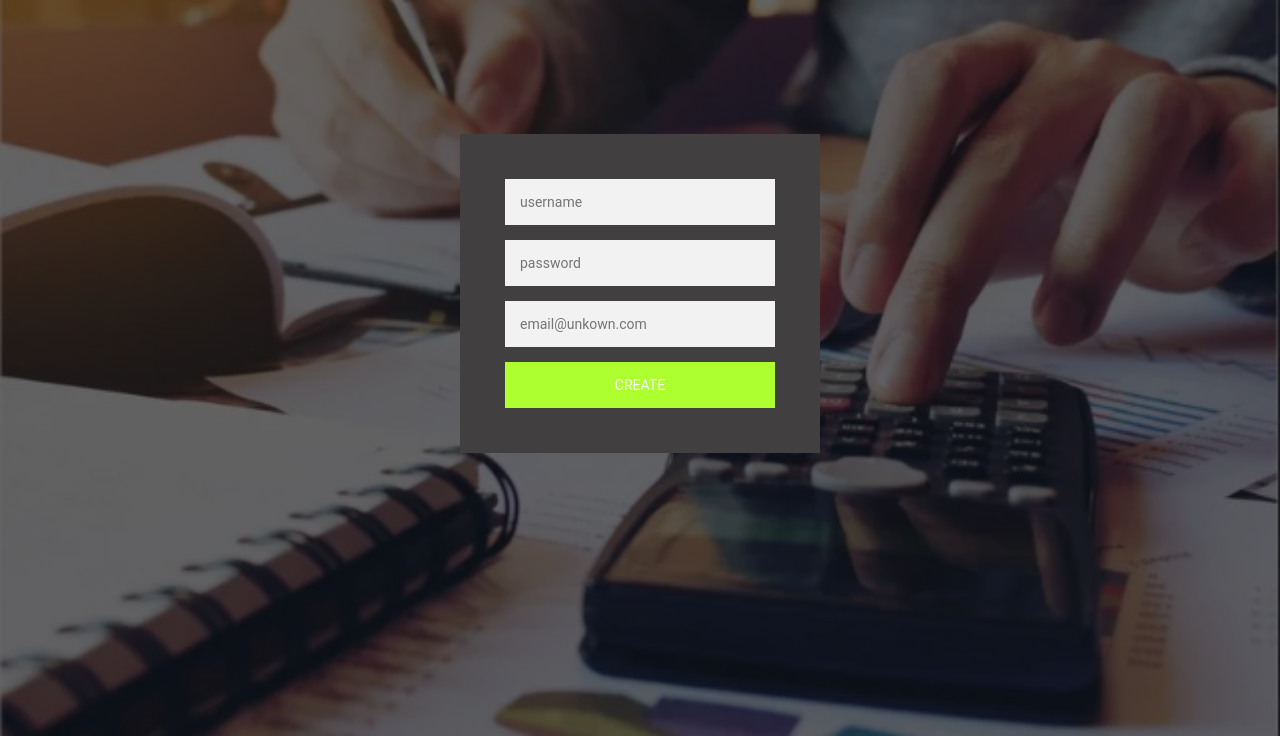
Repository: rambo1022/Project-1
Page: index.html
These files come from the project's save history. The page is drawn as it stood at one moment and after the next save; the edit follows.
The browser window is 1280 px wide. The pictures show the whole page.

Above is the page before, as saved 2019-12-01 15:34:05.

### index.html
<!DOCTYPE html>
<html lang="en">
<head>
  <meta charset="UTF-8">
  <meta name="viewport" content="width=device-width, initial-scale=1.0">
  <meta http-equiv="X-UA-Compatible" content="ie=edge">
  <title>Prime Trade || Login/SignUp</title>
  <link rel="stylesheet" href="../Project-1/Sign-Up/signup.css">

</head>

<body>

  <div class="login-page">
  <div class="form">
    <form class="register-form">
    <input type="text" placeholder="username"/>
    <input type="text" placeholder="password"/>
    <input type="text" placeholder="email@unkown.com"/>
    <button>Create</button>

    </form>
  </div>
  </div>






</body>

</html>

### Sign-Up/signup.css
body {
    background-image: linear-gradient(rgba(0,0,0,0.6),rgba(0,0,0,0.6)),url(../Sign-Up/images/finance.png);
    height: 100vh;
    background-size: cover;
    background-position: center;


}

.login-page {
    width: 360px;
    padding: 10% 0 0;
    margin: auto;


}

.form {
    position: relative;
    z-index: 1;
    background: #413f3f;
    max-width: 360px;
    margin: 0 auto 100px;
    padding: 45px;
    text-align: center;

}

.form input {
    font-family: "Roboto", sans-serif;
    outline: 1;
    background: #f2f2f2;
    width: 100%;
    border: 0;
    margin: 0 0 15px;
    padding: 15px 15px;
    box-sizing: border-box;
    font-size: 14px;
}

.form button {
    font-family: "Roboto", sans-serif;
    text-transform: uppercase;
    outline: 0;
    background: greenyellow;
    width: 100%;
    border: 0;
    padding: 15px 15px;
    color: #ffffff;
    font-size: 14px;
    cursor: pointer;
}

After the next save:
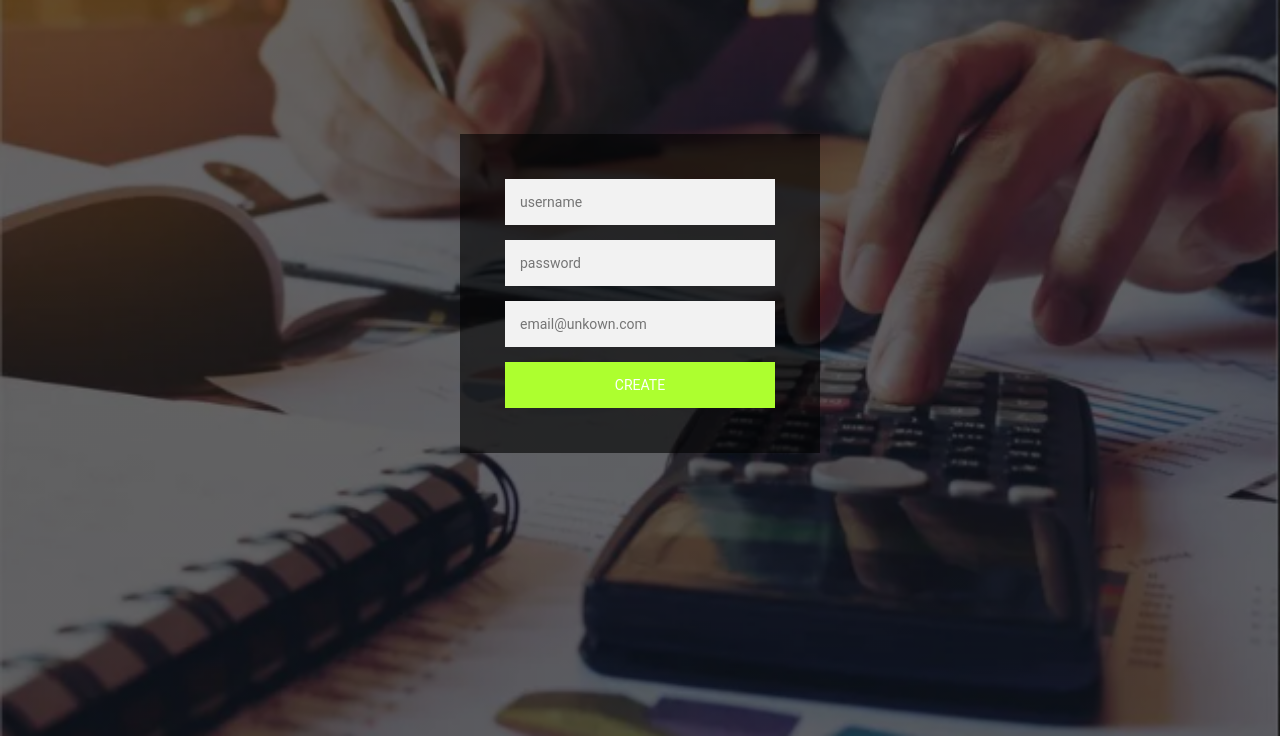
Saved 16 min 18 s later.
--- a/Sign-Up/signup.css
+++ b/Sign-Up/signup.css
@@ -18,13 +18,14 @@ body {
 .form {
     position: relative;
     z-index: 1;
-    background: #413f3f;
+    background: rgba(0,0,0,0.6);
     max-width: 360px;
     margin: 0 auto 100px;
     padding: 45px;
     text-align: center;
 
 }
+
 
 .form input {
     font-family: "Roboto", sans-serif;
@@ -36,6 +37,7 @@ body {
     padding: 15px 15px;
     box-sizing: border-box;
     font-size: 14px;
+
 }
 
 .form button {
@@ -49,4 +51,5 @@ body {
     color: #ffffff;
     font-size: 14px;
     cursor: pointer;
+
 }
